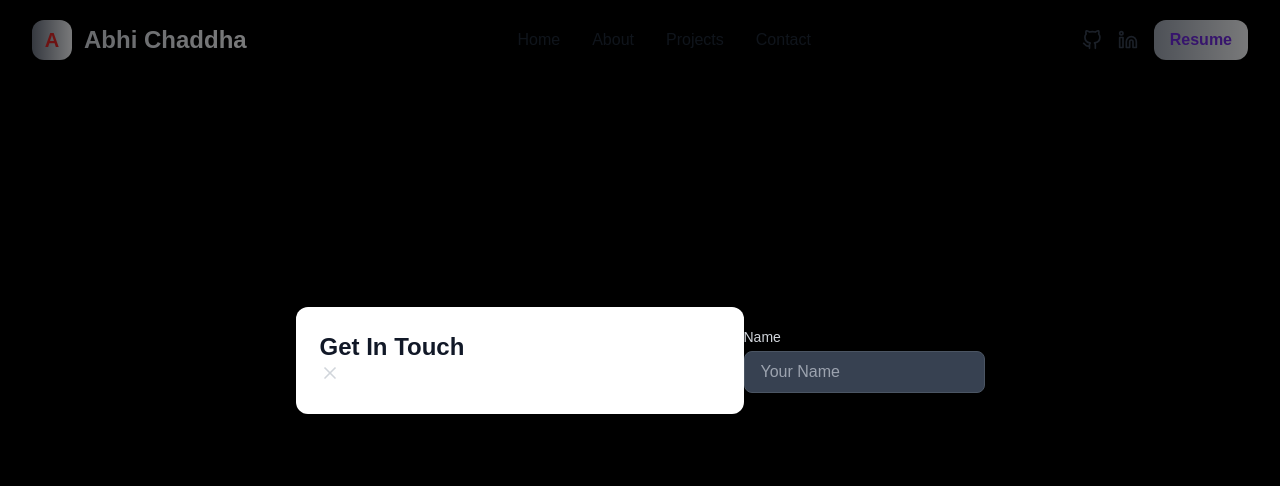
Repository: 532ab/portfolio-website
Page: /, after clicking the first element matching `button.ml-4`
An editor plug-in stored every save of this project. The page is shown before and after the next save, followed by the edit.
The browser window is 1280 px wide. The pictures show the whole page.
The project was rebuilt for these pictures with package versions that can differ from the ones it lists, and the page was loaded fresh each time. Also part of the build but not shown: vite.config.js.

Above is the page before, as saved 2026-01-25 13:28:29.

After the next save:
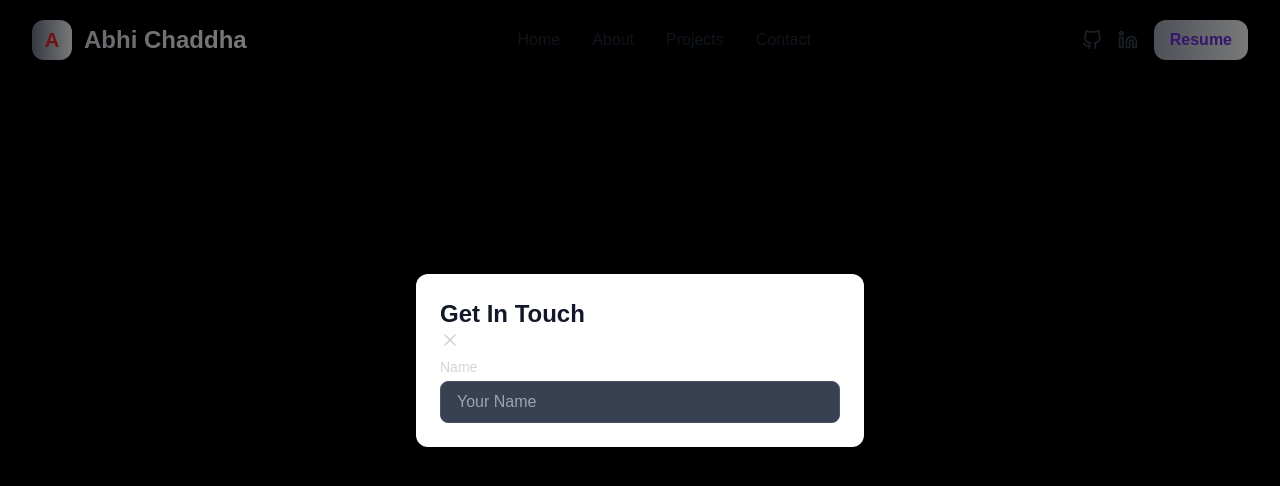
Saved 59 s later.
--- a/src/components/Header.jsx
+++ b/src/components/Header.jsx
@@ -158,8 +158,7 @@
                     onClick = {closeContactForm}>
                         <FiX className = "w-5 h-5 text-gray-300 font-extrabold" />
                     </button>
-                </div>
-                {/* Input Form */}
+                    {/* Input Form */}
                 <form className = "space-y-4">
                     <div>
                         <label htmlFor = "name" className = "block text-sm font-medium text-gray-300 mb-1">
@@ -174,6 +173,7 @@
                     </div>
 
                 </form>
+                </div>
             </motion.div>
         )}
     </header>

After the save that followed:
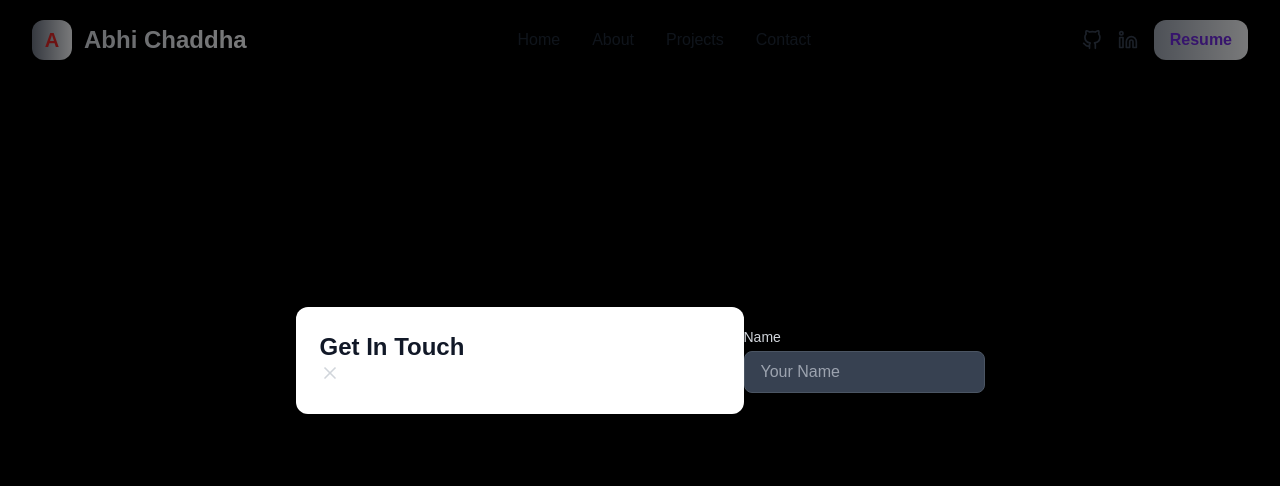
Saved 74 s later.
--- a/src/components/Header.jsx
+++ b/src/components/Header.jsx
@@ -158,6 +158,7 @@
                     onClick = {closeContactForm}>
                         <FiX className = "w-5 h-5 text-gray-300 font-extrabold" />
                     </button>
+                    </div>
                     {/* Input Form */}
                 <form className = "space-y-4">
                     <div>
@@ -173,7 +174,6 @@
                     </div>
 
                 </form>
-                </div>
             </motion.div>
         )}
     </header>
